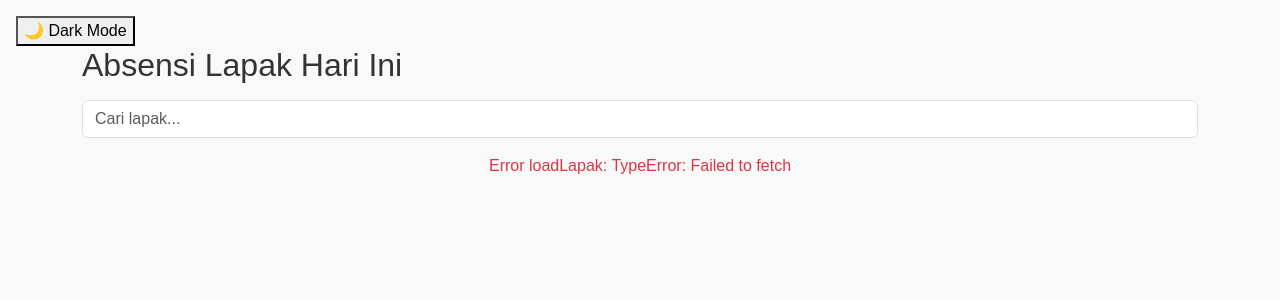
Repository: pasarrakyatbak/absensi
Page: index.html
An editor plug-in stored every save of this project. The page is shown before and after the next save, followed by the edit.
The browser window is 1280 px wide. The pictures show the whole page.
The page's requests for data from a server got no answer.

Above is the page before, as saved 2025-09-22 00:43:36.

After the next save:
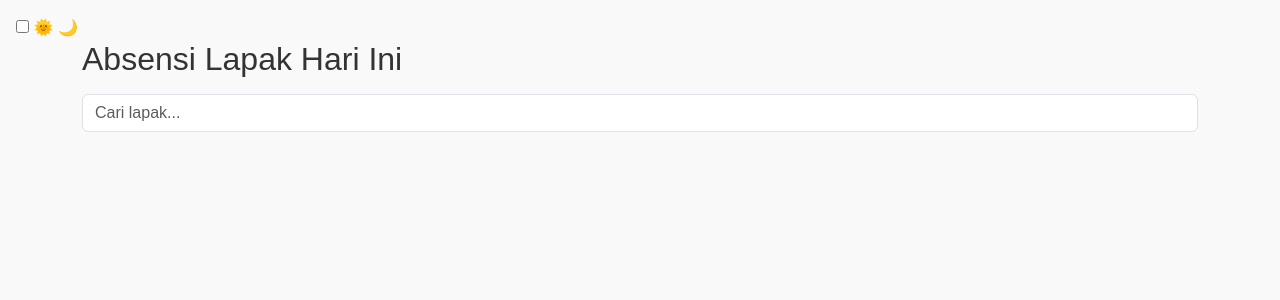
Console error: TypeError: Cannot read properties of null (reading 'addEventListener')
Saved 29 s later.
--- a/index.html
+++ b/index.html
@@ -10,7 +10,15 @@
 </head>
 
 <body class="p-3">
-    <button id="toggleDarkMode">🌙 Dark Mode</button>
+    <div class="dark-toggle">
+        <input type="checkbox" id="darkSwitch">
+        <label for="darkSwitch" class="toggle-label">
+            <span class="toggle-icon">🌞</span>
+            <span class="toggle-ball"></span>
+            <span class="toggle-icon">🌙</span>
+        </label>
+    </div>
+
 
     <div class="container">
         <h2 class="mb-3">Absensi Lapak Hari Ini</h2>
